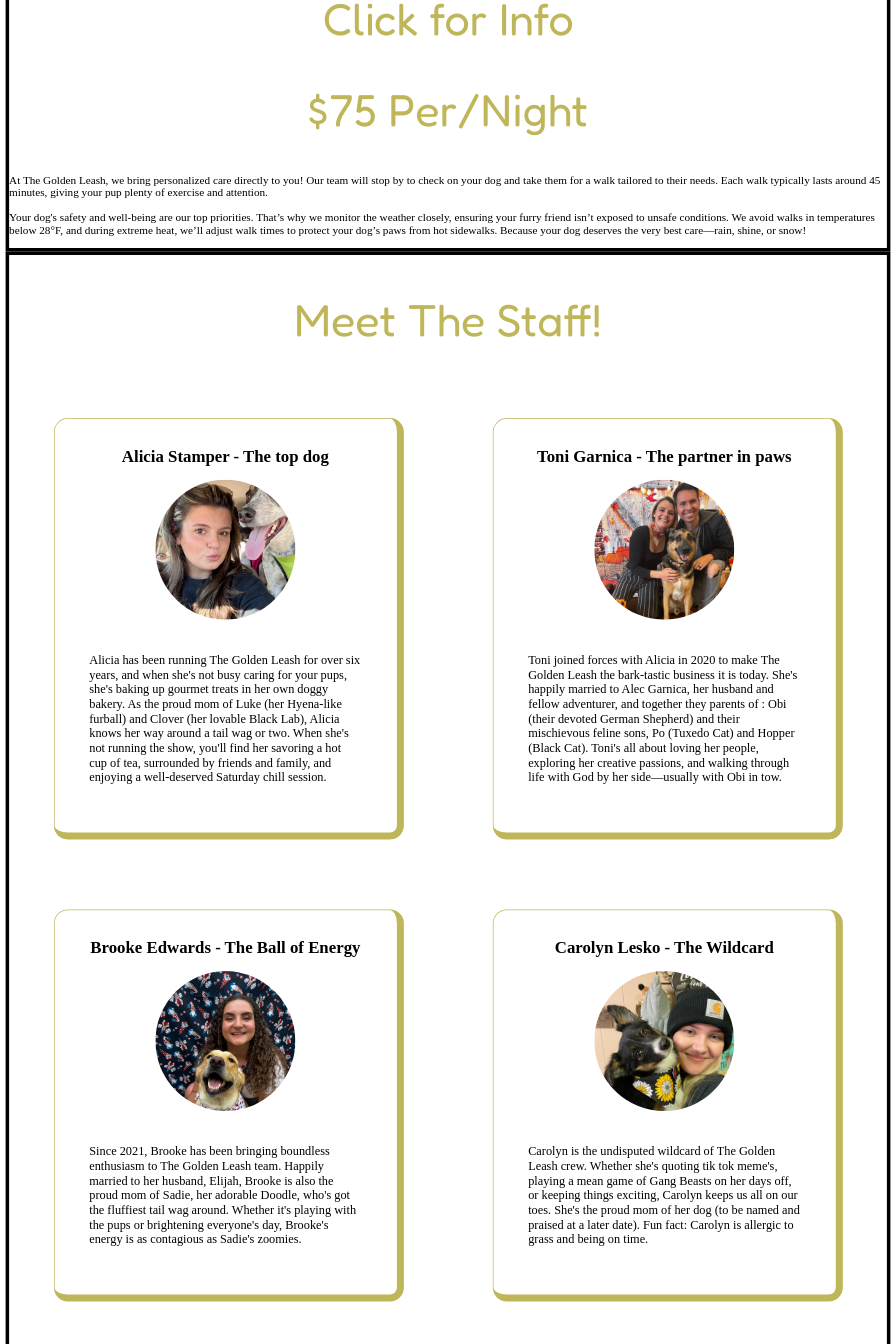
Repository: Aworminator/Thegoldenleash
Page: index.html
These files come from the project's save history. The page is drawn as it stood at one moment and after a run of saves; the edit follows.
The browser window is 1280 px wide. The pictures show the part of the page from y = 1706 to 3626 px (the page is 4946 px tall before and 5147 px after), at 70% of full size.

Above is the page before, as saved 2025-07-20 22:27:26.

After the next 3 saves:
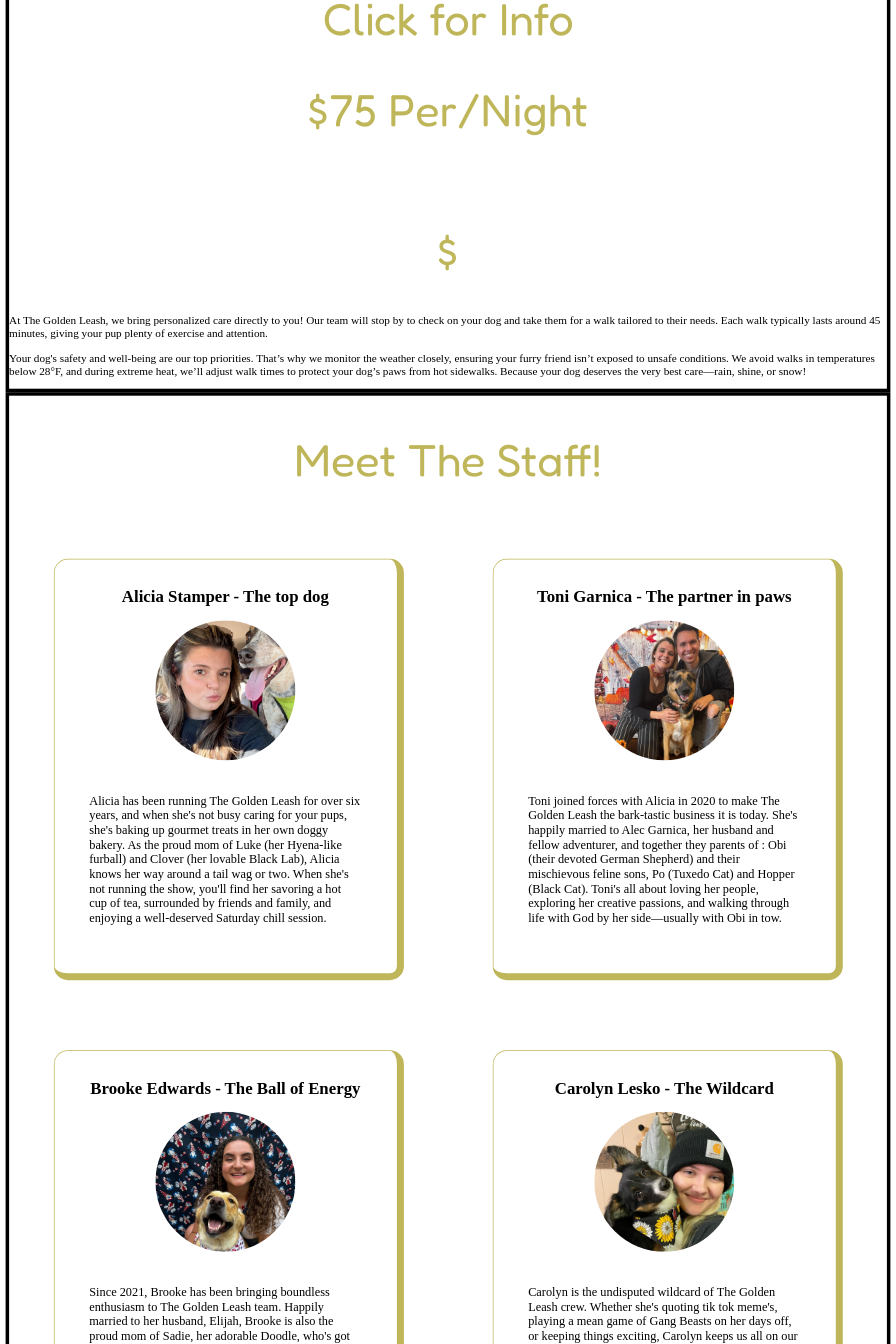
The 3 saves are shown as one change because they came seconds apart.
The last was saved 12 s later.
--- a/index.html
+++ b/index.html
@@ -76,6 +76,8 @@
       </p>
       <p class="service-info info" id="walks">
         <h1>$75 Per/Night</h1>
+        <br>
+        <h1>$</h1>
         At The Golden Leash, we bring personalized care directly to you! Our
         team will stop by to check on your dog and take them for a walk tailored
         to their needs. Each walk typically lasts around 45 minutes, giving your
